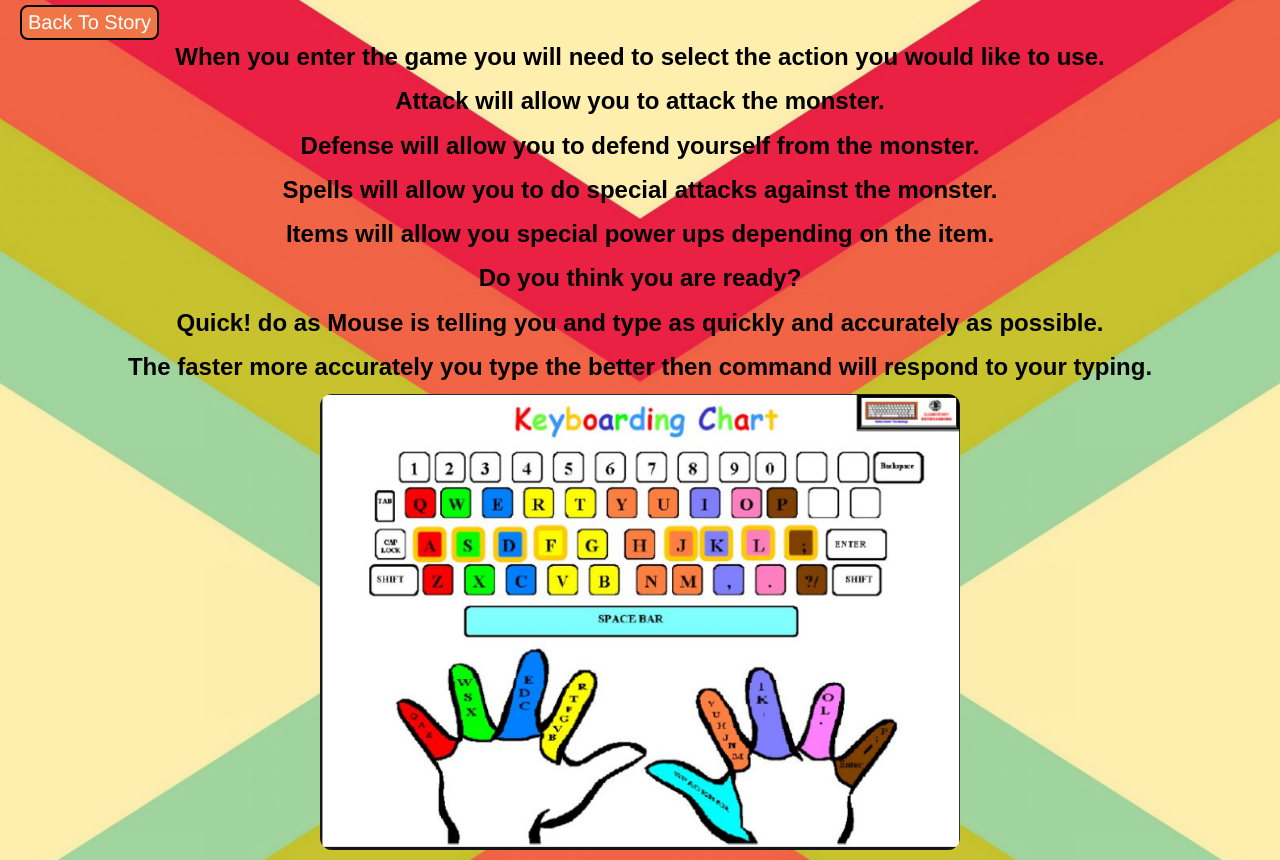
Repository: Acliu1498/RPGyping
Page: http://localhost/php/StoryInstructions.php
The author's editor kept a record of every edit. The page is drawn from the files as they stood at one moment, then again after the next edit.
The browser window is 1280 px wide. The pictures show the whole page.
The page is run by PHP 8.4 with error messages shown; the project is at /var/www/html/. The session is filled in as if someone had signed in: {"username": "testuser", "userID": 1, "accessCode": 1, "userType": "teacher"}. Other server files are loaded and not shown.

Above is the page before.

### php/StoryInstructions.php
<html lang="en">
<head>
  <meta charset="utf-8">
  <meta name="viewport" content="width=device-width, initial-scale=1">
  <link rel="stylesheet" href="https://www.w3schools.com/w3css/4/w3.css">
  <link rel="stylesheet" href="https://maxcdn.bootstrapcdn.com/bootstrap/3.3.7/css/bootstrap.min.css">
  <script src="https://ajax.googleapis.com/ajax/libs/jquery/3.3.1/jquery.min.js"></script>
  <script src="https://maxcdn.bootstrapcdn.com/bootstrap/3.3.7/js/bootstrap.min.js"></script>
          <link rel="stylesheet" type="text/css" href="css/intro.css">

</head>
<?php session_start();?>
    <body>
        <ul class="nav navbar-nav">
          <?php
            if ($_SESSION["userType"] == "student" || $_SESSION["userType"] == "general") {
          ?>
          <li><button class="button1" onclick="window.location='../php/Sentences.php'">Play Game</button></li>
          <?php
            }
          ?>
          <li><button class="button2" onclick="window.location='../php/Story1.php'">Back To Story</button></li>
        </ul>
            <br/>
            <br/>
        <div class="instructions">
            <p>When you enter the game you will need to select the action you would like to use.</p>
            <p>Attack will allow you to attack the monster.</p>
            <p>Defense will allow you to defend yourself from the monster.</p>
            <p>Spells will allow you to do special attacks against the monster.</p>
            <p>Items will allow you special power ups depending on the item.</p>
            <p>Do you think you are ready?</p>
            <p><b>Quick!</b> do as Mouse is telling you and type as quickly and accurately as possible.</p>
            <p>The faster more accurately you type the better then command will respond to your typing. </p>
        </div>
        <p id = "image"><img src= "../images/keyboard.png" name = "keyboard" alt= "key"></p>

    </body>

<style>
    body{
        background-image:url("../images/kindergarden2.jpg");
        background-size:100%;
    }
    .button1{
    color:white;
    background-color:#FC3F3F;
    font-size:20px;
    border-radius:8px;
    border: 2px solid black;
    position:relative;
    top:5px;
    left:15px;
    }
    .button2{
        color:white;
        background-color:#F17647;
        font-size:20px;
        border-radius:8px;
        border: 2px solid black;
        position:relative;
        top:5px;
        left:20px;
    }
    p {
    font-size: x-large;
    text-align: center;
    font-family: "Comic Sans MS", cursive, sans-serif;
    font-weight: bold;
    color:black;
}
</style>

### css/intro.css
body{
background: url('../images/maxresdefault.jpg');
background-repeat:no-repeat;
background-size:100%;
}
/*a:link, a:visited {*/
/*    background-color: teal;*/
/*    color: white;*/
/*    padding: 14px 25px;*/
/*    text-align: center; */
/*    text-decoration: none;*/
/*    display: inline-block;*/
/*    font-size: 30px;*/
/*    border-radius: 50%;*/
/*}*/

a:hover, a:active {
    background-color: #B0E0E6;
     box-shadow: 0 12px 14px 0 rgba(0,0,0,0.24), 0 17px 50px 0 rgba(0,0,0,0.19);
}

img {
    display: block;
    margin-left: auto;
    margin-right: auto;
    border-radius: 12px;
    border-style: solid;
    width: 50%;
}

p {
    font-size: x-large;
    text-align: center;
    font-family: "Comic Sans MS", cursive, sans-serif;
    font-weight: bold;
    color:#00BFFF;
}

After the next edit:
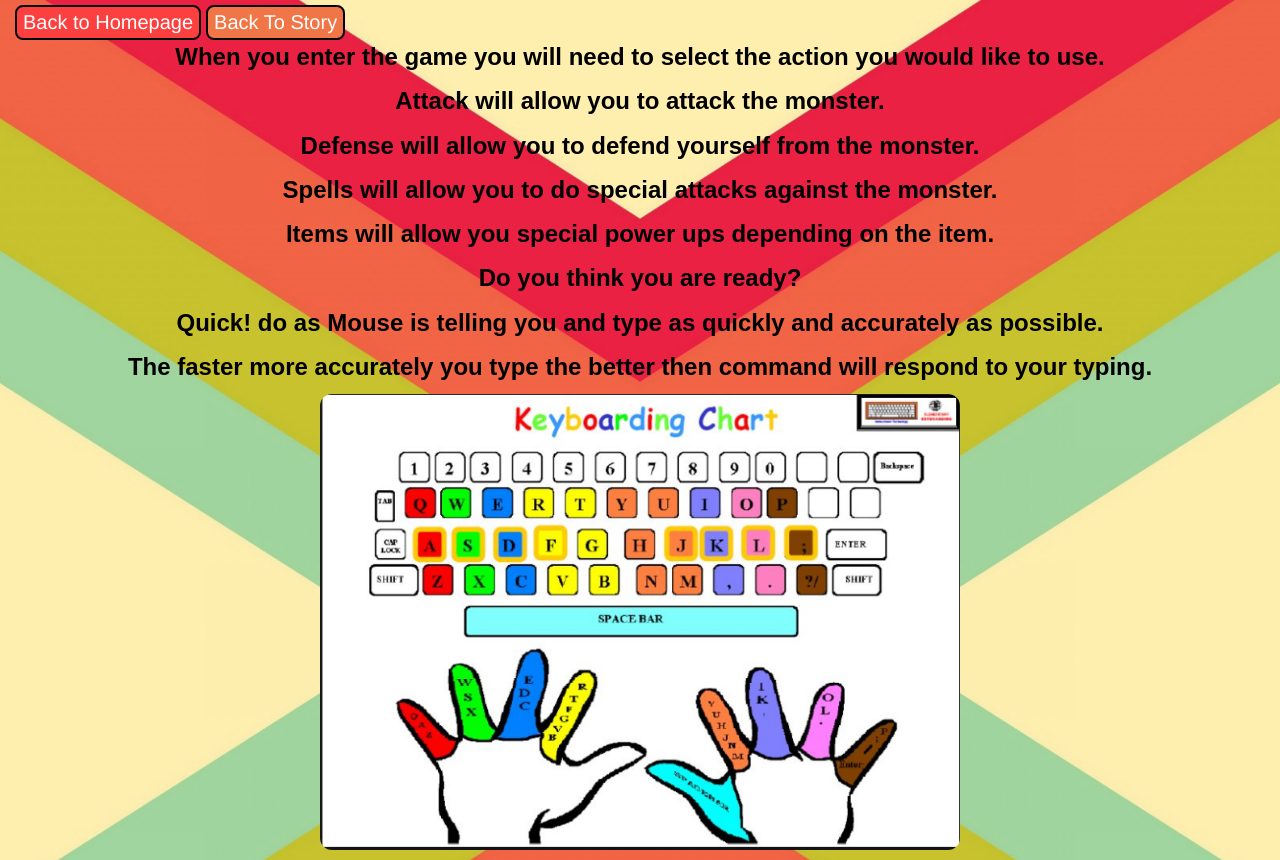
The edit:
--- a/php/StoryInstructions.php
+++ b/php/StoryInstructions.php
@@ -17,8 +17,10 @@
           ?>
           <li><button class="button1" onclick="window.location='../php/Sentences.php'">Play Game</button></li>
           <?php
-            }
+            } else {
           ?>
+          <li><button class="button1" onclick="window.location='../php/Homepage.php'">Back to Homepage</button></li>
+          <?php } ?>
           <li><button class="button2" onclick="window.location='../php/Story1.php'">Back To Story</button></li>
         </ul>
             <br/>
